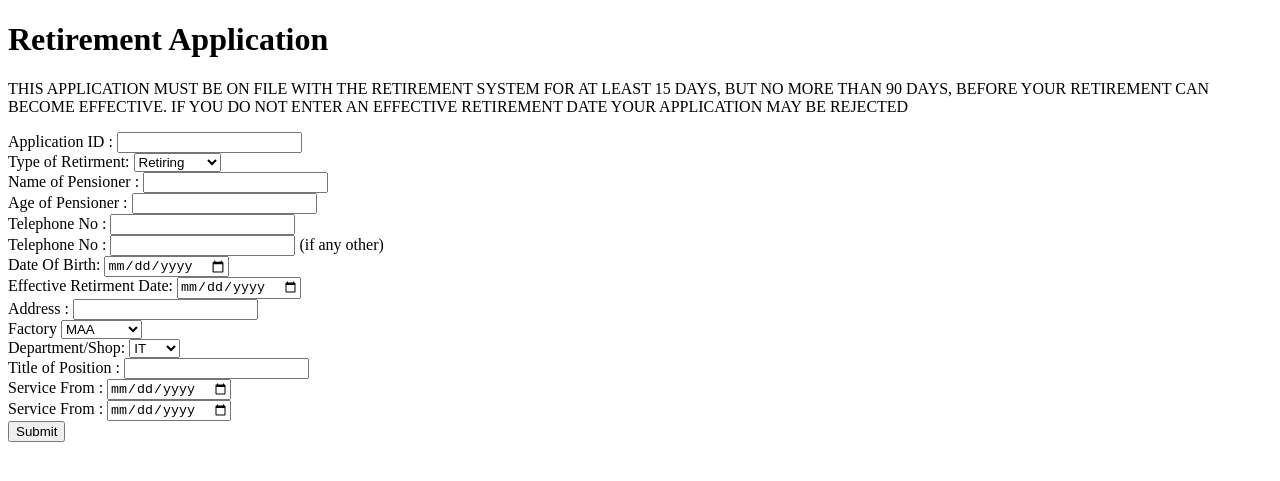
Repository: AQSA-ABDULLAH/RetirementManagmentSystem
Page: RetimentManagmentSystem/src/main/webapp/RetirementApplicationForm.html
The author's editor kept a copy of each file at every save. The page is drawn from the files as they stood at one save, then again after the next save.
The browser window is 1280 px wide. The pictures show the whole page.

Above is the page before, as saved 2023-08-13 18:38:56.

After the next save:
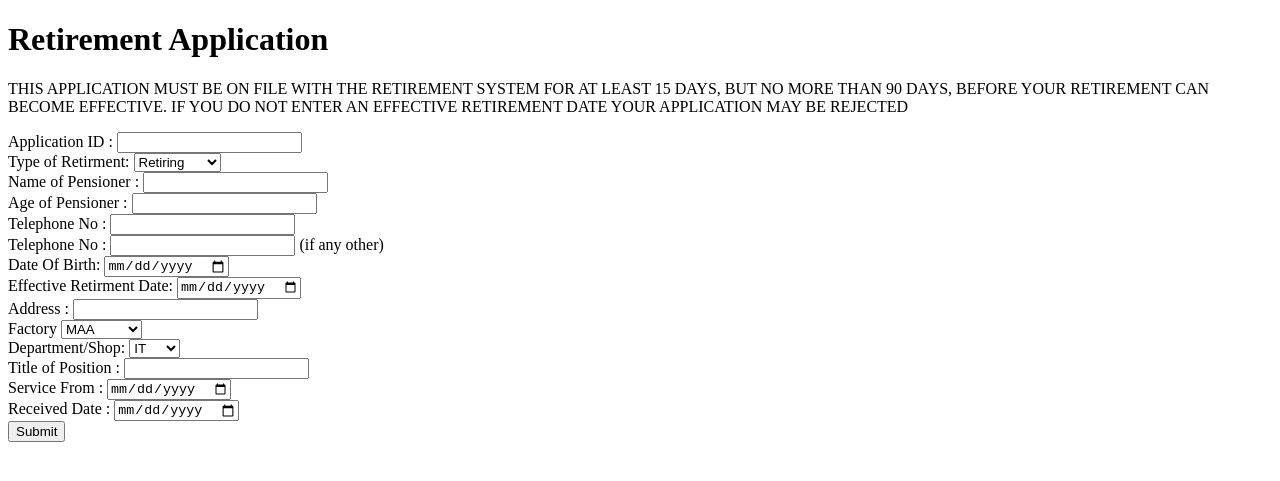
Saved 50 s later.
--- a/RetimentManagmentSystem/src/main/webapp/RetirementApplicationForm.html
+++ b/RetimentManagmentSystem/src/main/webapp/RetirementApplicationForm.html
@@ -71,8 +71,8 @@ YOUR APPLICATION MAY BE REJECTED</p>
     <label for="service">Service From :</label>
     <input type="date" id="service" required><br>
 
-    <label for="service">Service From :</label>
-    <input type="date" id="service" required><br>
+    <label for="receivedDate">Received Date :</label>
+    <input type="date" id="receivedDate" required><br>
 
     <button type="button">Submit</button>
   </form>
